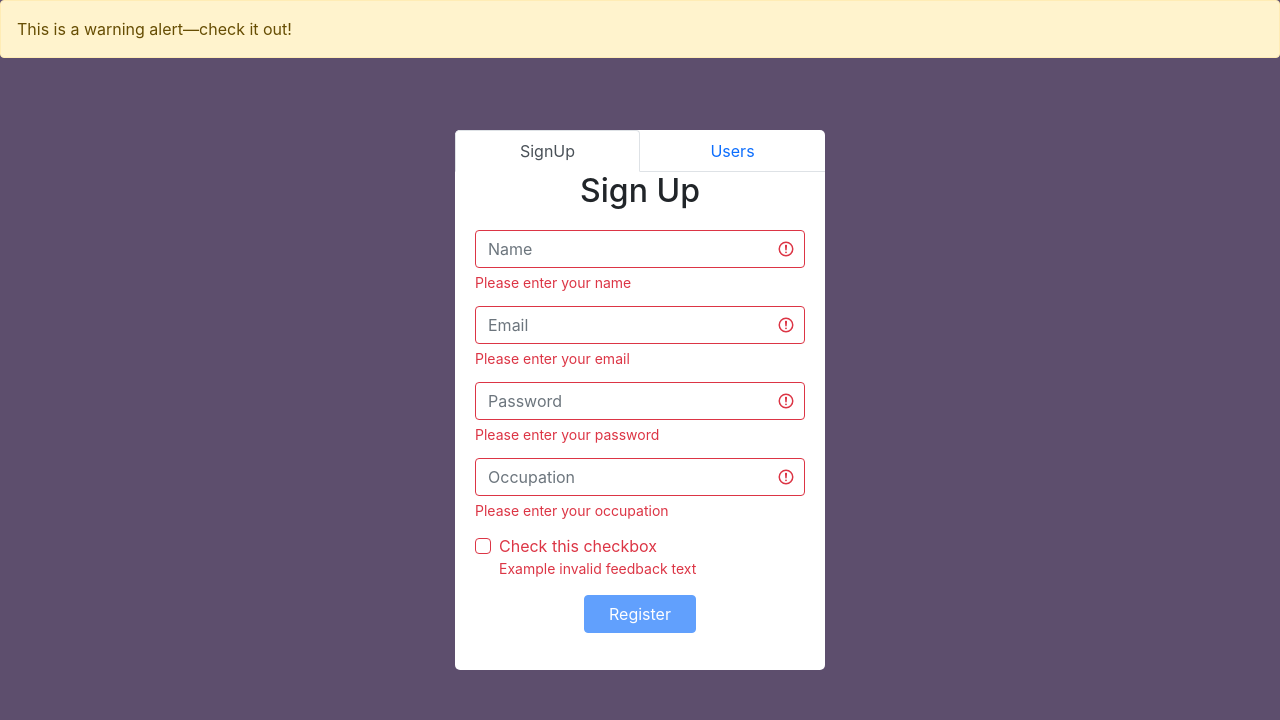
Repository: asadalibest1/SignUp-from
Page: /
An editor plug-in stored every save of this project. The page is shown before and after the next save, followed by the edit.
The browser window is 1280 px wide. The pictures show the whole page.
The project was rebuilt for these pictures with package versions that can differ from the ones it lists, and the page was loaded fresh each time.

Above is the page before, as saved 2021-02-08 22:54:13.

After the next save:
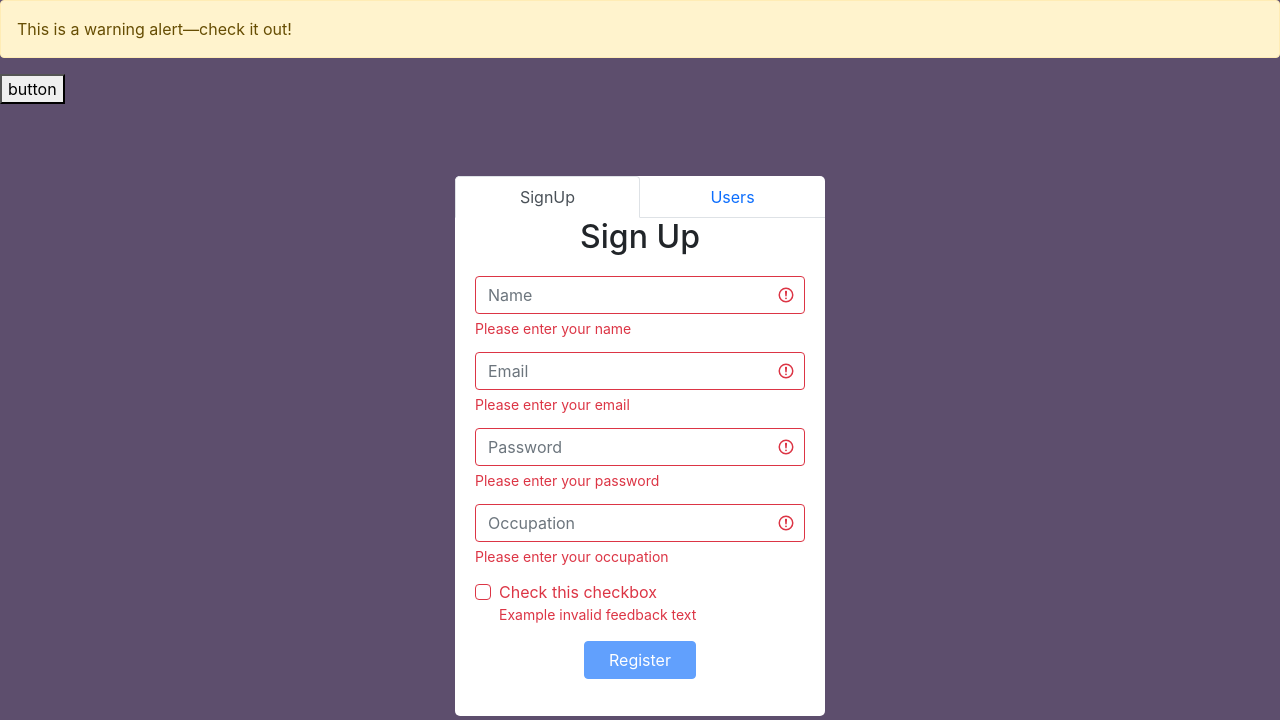
Saved 52 s later.
--- a/src/components/App1/App1.js
+++ b/src/components/App1/App1.js
@@ -11,10 +11,10 @@ export default function App1() {
     }
     return (
         <div>
-            <div onClick={Chnage} class="alert alert-warning" role="alert">
+            <div class="alert alert-warning" role="alert">
                 This is a warning alert—check it out!
             </div>
-
+                <button onClick={Chnage}>button</button>
             <Tabs />
         </div>
     )
